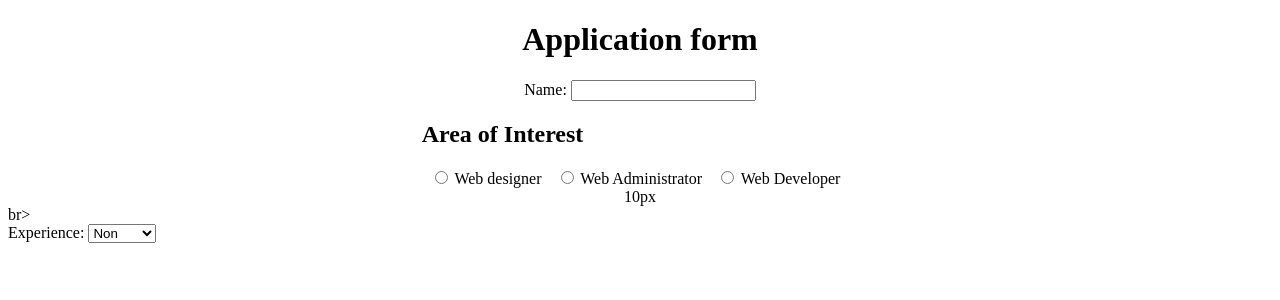
Repository: thanhp6868/ltWeb
Page: 2709_3.html
An editor plug-in stored every save of this project. The page is shown before and after the next save, followed by the edit.
The browser window is 1280 px wide. The pictures show the whole page.

Above is the page before, as saved 2023-09-27 15:00:50.

After the next save:
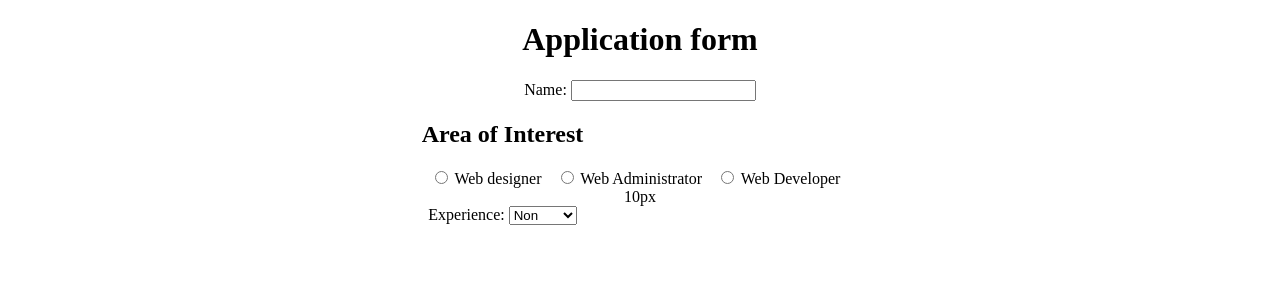
Saved 9 s later.
--- a/2709_3.html
+++ b/2709_3.html
@@ -24,7 +24,7 @@
         <label for="choice1"style="padding-right: 10px;">Web Administrator</label>
         <input type="radio" id="choice1" name="choice" value="option1">
         <label for="choice1"style="padding-right: 10px;">Web Developer</label>
-        <br>10px</div>br>
+        <br>10px</br>
         <div style="margin-right: 275px;">
             <label>Experience: </label>
             <select name="select" id="select">
